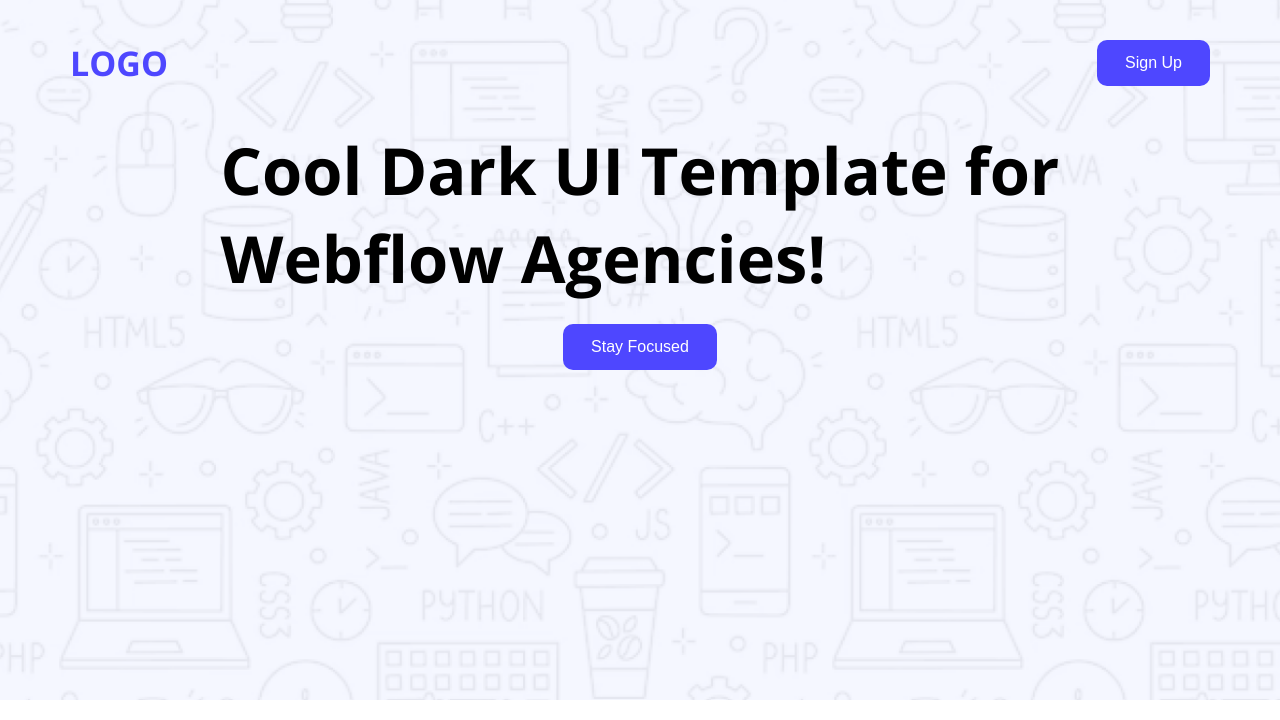
Repository: nahid-hasann/website-3
Page: index.html
These files come from the project's save history. The page is drawn as it stood at one moment and after the next save; the edit follows.
The browser window is 1280 px wide. The pictures show the whole page.

Above is the page before, as saved 2025-07-10 19:30:39.

After the next save:
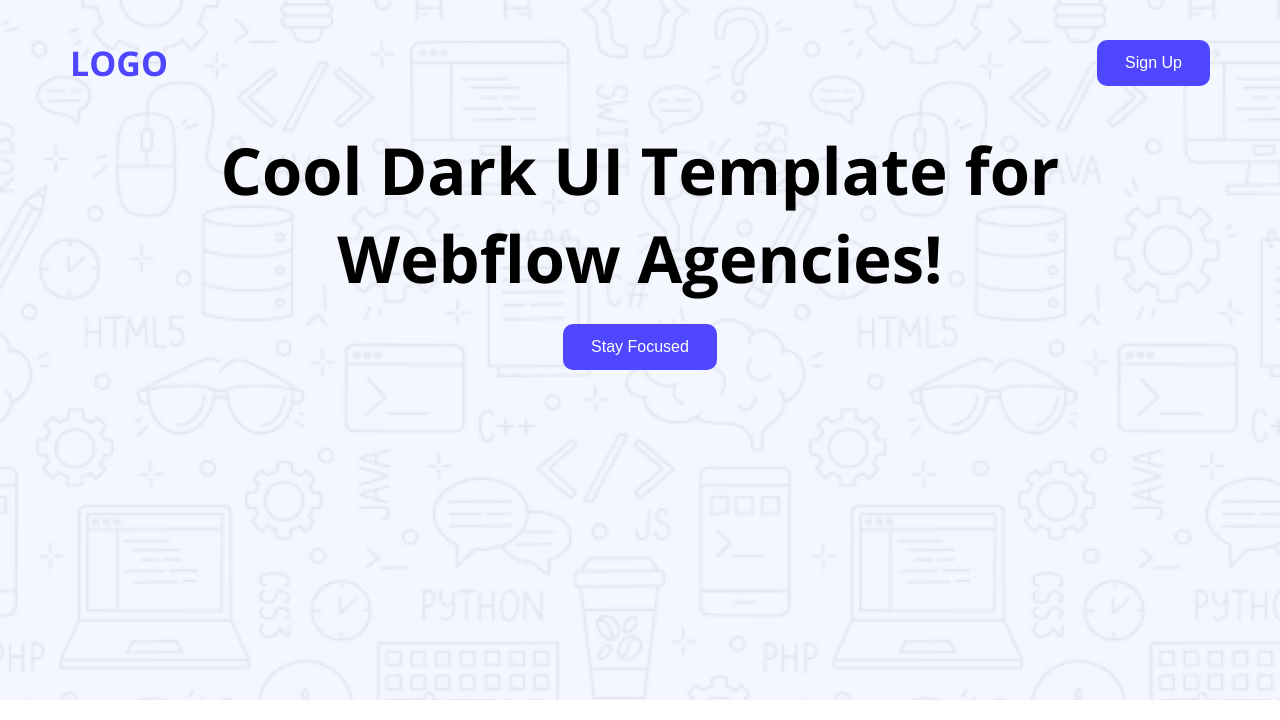
Saved 19 s later.
--- a/index.html
+++ b/index.html
@@ -19,7 +19,7 @@
       </section>
 
       <section class="section-2">
-        <h1 style="font-size: 65px;">Cool Dark UI Template for <br> Webflow Agencies!</h1>
+        <h1 style="font-size: 65px; text-align: center;">Cool Dark UI Template for <br> Webflow Agencies!</h1>
         <br>
         <button class="btn">Stay Focused</button>
       </section>
